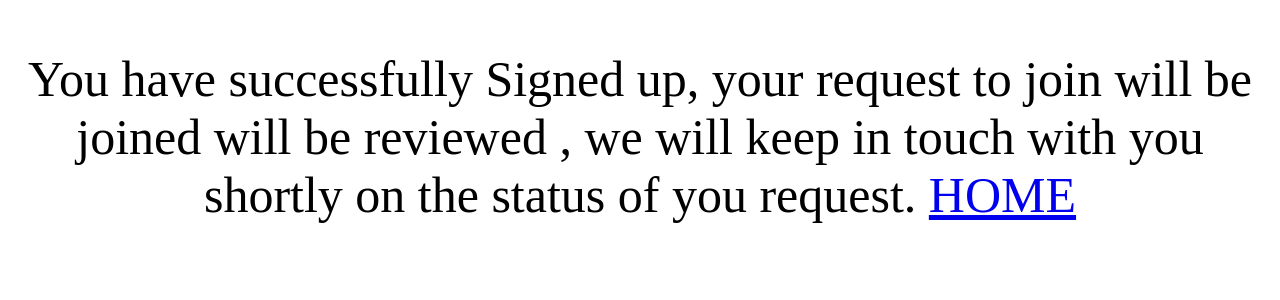
Repository: lorna-k/Workspace
Page: Alumni/Alumni-2/WebContent/signedup.html
These files come from the project's save history. The page is drawn as it stood at one moment and after the next save; the edit follows.
The browser window is 1280 px wide. The pictures show the whole page.
Some web fonts or font styles are not loaded; a fallback is used.

Above is the page before, as saved 2016-09-15 08:22:52.

### Alumni/Alumni-2/WebContent/signedup.html
<!DOCTYPE html>
<html>
<head>
<meta charset="ISO-8859-1">
<title>Insert title here</title>
</head>
<body>
	<p  style="font-size:50px; font-family:Arial Black" align="center">

		You have successfully Signed up,
		your request to join will be joined will be reviewed
		, we will keep in touch with you shortly on the status
		of you request.

		<a href="imdex.html">HOME</a>
	</p>
</body>
</html>

After the next save:
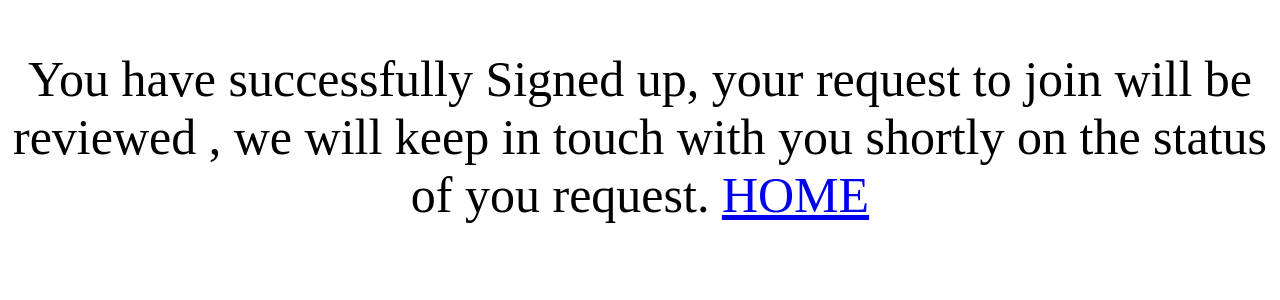
Saved 6 min 35 s later.
--- a/Alumni/Alumni-2/WebContent/signedup.html
+++ b/Alumni/Alumni-2/WebContent/signedup.html
@@ -8,7 +8,7 @@
 	<p  style="font-size:50px; font-family:Arial Black" align="center">
 
 		You have successfully Signed up,
-		your request to join will be joined will be reviewed
+		your request to join will be reviewed
 		, we will keep in touch with you shortly on the status
 		of you request.
 
